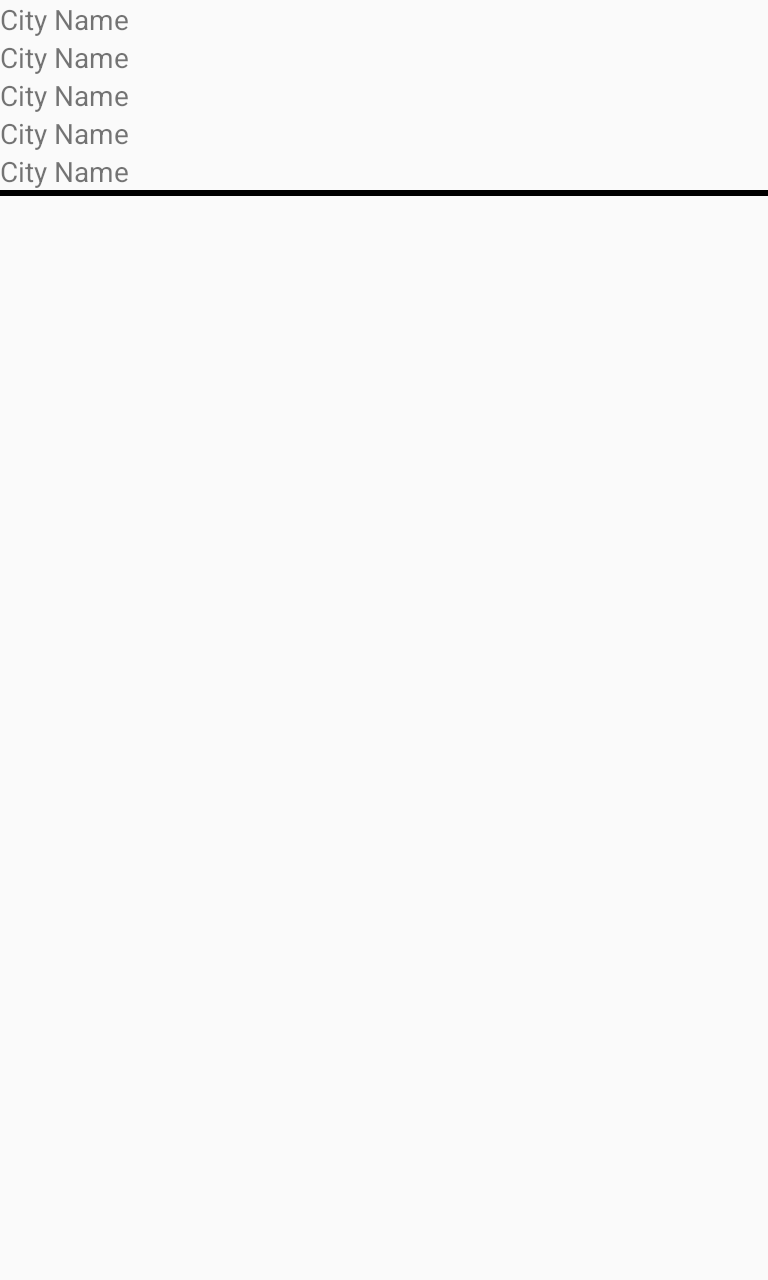
Repository: bhameamit/LeftShiftTask
Layout: LeftShiftTask/LeftShiftTak/res/layout/list_item.xml
These files come from the project's save history. The layout is drawn as it stood at one moment and after the next save; the edit follows.
It is drawn on a 768 x 1280 px phone screen (xhdpi) without system bars, with theme AppTheme; the app's code is not run.

Above is the layout before, as saved 2015-02-22 09:24:48.

After the next save:
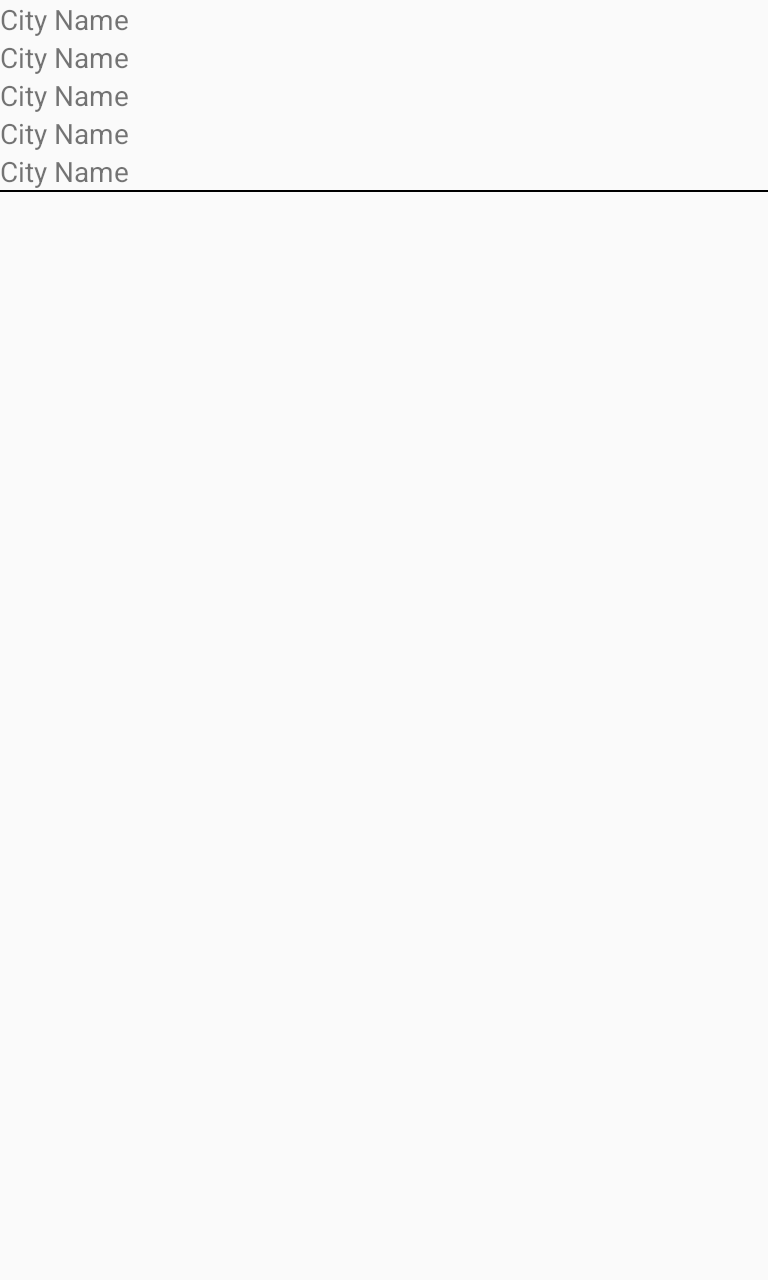
Saved 9 s later.
--- a/LeftShiftTask/LeftShiftTak/res/layout/list_item.xml
+++ b/LeftShiftTask/LeftShiftTak/res/layout/list_item.xml
@@ -36,7 +36,7 @@
 
     <LinearLayout
         android:layout_width="match_parent"
-        android:layout_height="3dp"
+        android:layout_height="1dp"
         android:orientation="vertical"
         android:background="@android:color/black" >
     </LinearLayout>
